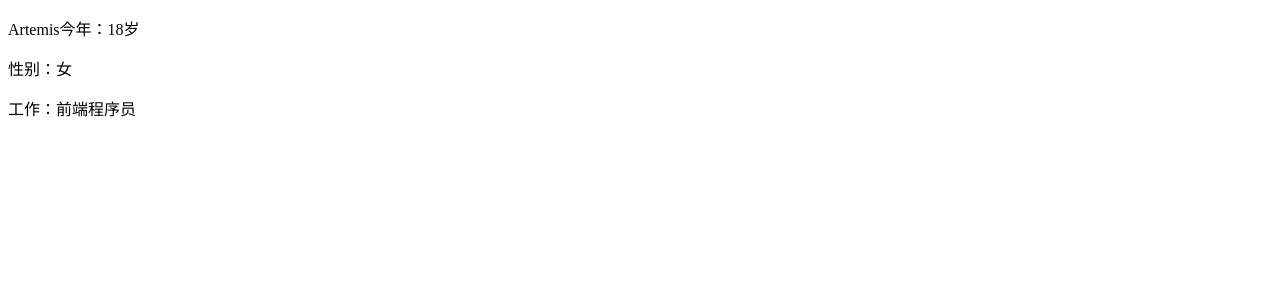
Repository: ArtemisWang/react-hooks
Page: /
These files come from the project's save history. The page is drawn as it stood at one moment and after a run of saves; the edit follows.
The browser window is 1280 px wide. The pictures show the whole page.
The project was rebuilt for these pictures with package versions that can differ from the ones it lists, and the page was loaded fresh each time.

Above is the page before, as saved 2020-02-21 13:44:47.

### src/index.js
import React from 'react';
import ReactDOM from 'react-dom';
import Example2 from './Example2'


ReactDOM.render(<Example2 />, document.getElementById('root'));

### src/Example2.js
import React, { useState } from 'react';
let showSex=true

function Example2(){
    const [age, setAge]=useState(18) // 数组解构
    const [sex, setSex]=useState('女')
    const [work, setWork]=useState('前端程序员')
    return (
        <div>
            <p>Artemis今年：{age}岁</p>
            <p>性别：{sex}</p>
            <p>工作：{work}</p>
        </div>
    )
}

export default Example2;

### src/Example3.js
import React, { Component } from 'react';

class Example3 extends Component {
    constructor(props) {
        super(props);
        this.state = { count:0 }
    }
    render() {
        return (
            <div>
                <p>You clicked {count} times</p>
                <button onClick={this.addCount.bind(this)}>Click me</button>
            </div>
         );
    }
    addCount(){
        this.setState({count:this.state.count+1})
    }
}

export default Example3;

Loaded but not shown: public/index.html (common file)

After the next 2 saves:
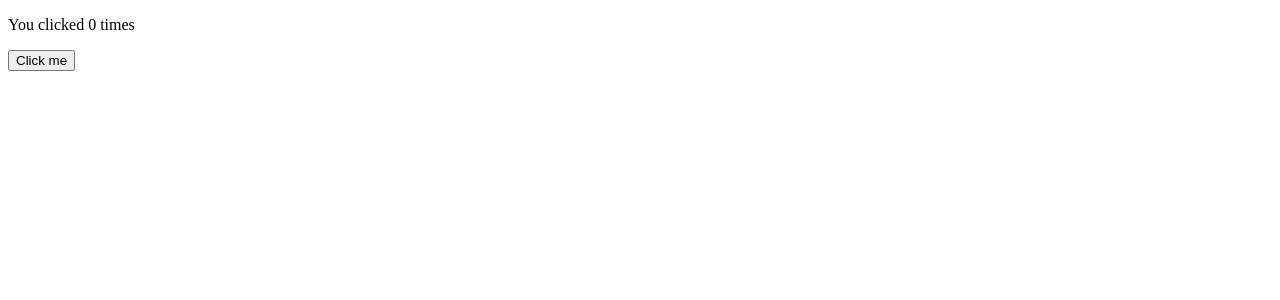
The 2 saves are shown as one change because 1 did not build or start.
The last was saved 35 s later.
--- a/src/index.js
+++ b/src/index.js
@@ -1,6 +1,6 @@
 import React from 'react';
 import ReactDOM from 'react-dom';
-import Example2 from './Example2'
+import Example3 from './Example3'
 
 
-ReactDOM.render(<Example2 />, document.getElementById('root'));
+ReactDOM.render(<Example3 />, document.getElementById('root'));
--- a/src/Example3.js
+++ b/src/Example3.js
@@ -8,7 +8,7 @@ class Example3 extends Component {
     render() {
         return (
             <div>
-                <p>You clicked {count} times</p>
+                <p>You clicked {this.state.count} times</p>
                 <button onClick={this.addCount.bind(this)}>Click me</button>
             </div>
          );
